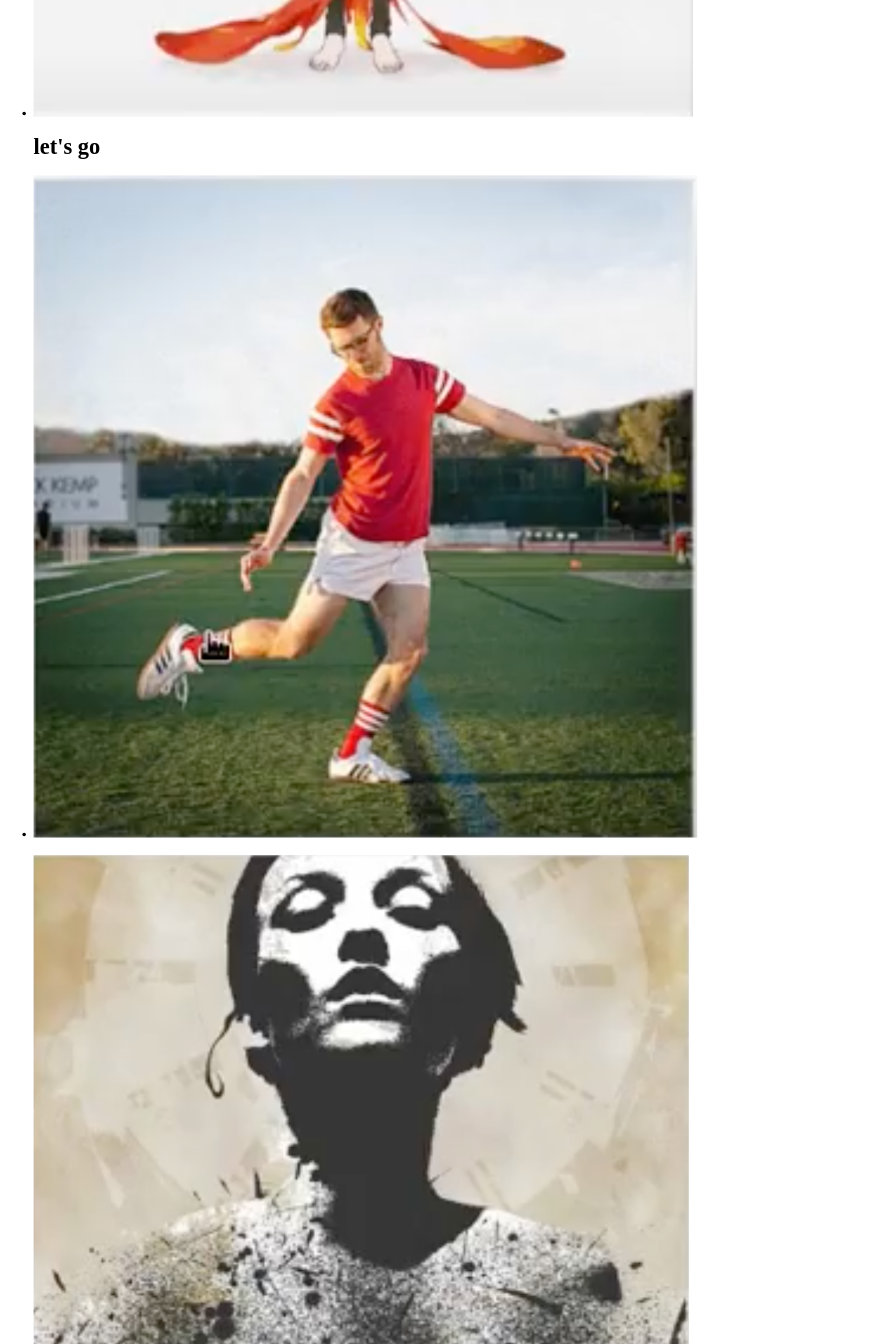
Repository: taka-sama/HTML-CSS-JS
Page: web02-lite/ex1/public_html/index.html
The author's editor kept a copy of each file at every save. The page is drawn from the files as they stood at one save, then again after a run of saves.
The browser window is 1280 px wide. The pictures show the part of the page from y = 1872 to 3792 px (the page is 4063 px tall before and 4097 px after), at 70% of full size.

Above is the page before, as saved 2022-01-20 13:19:29.

After the next 2 saves:
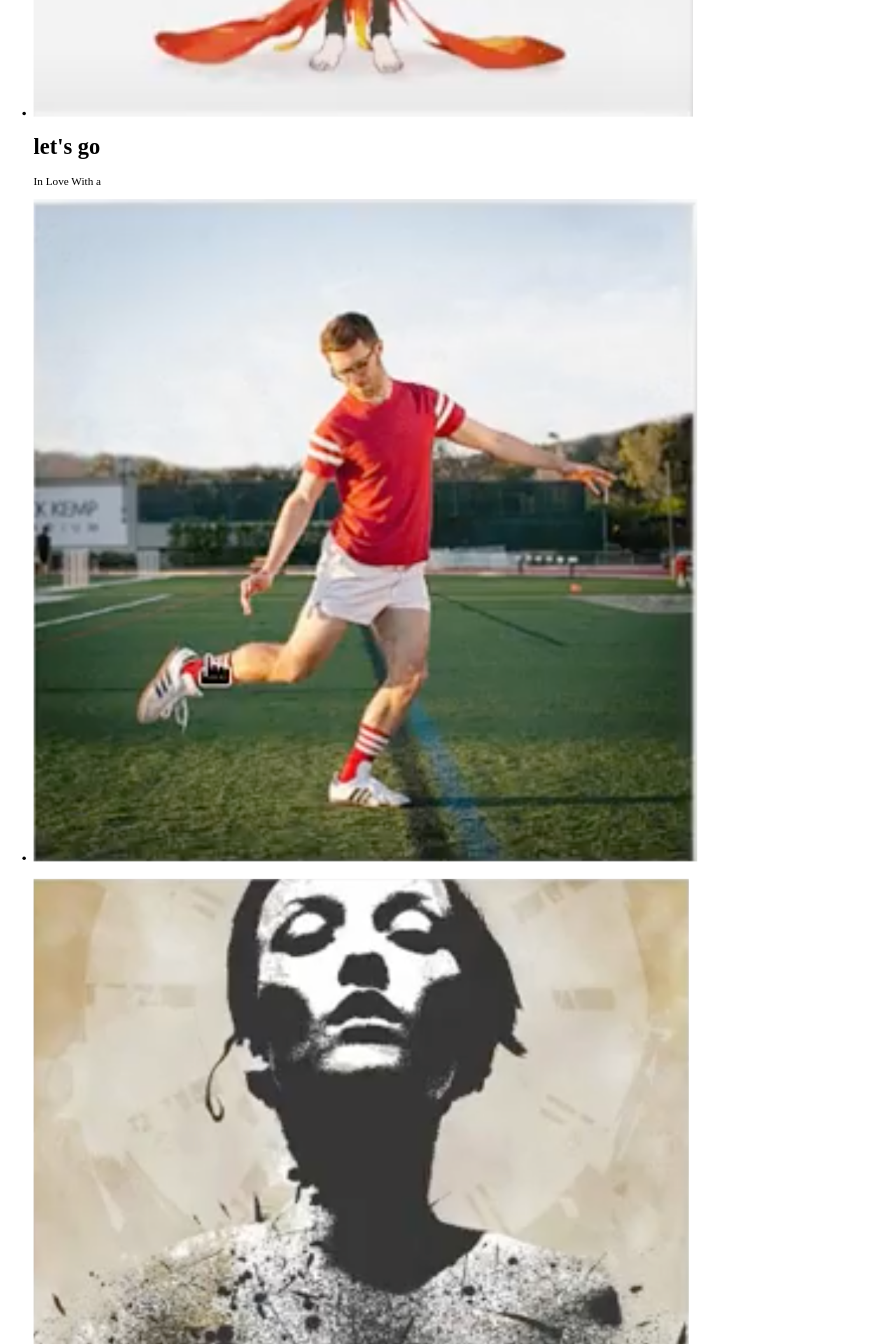
The 2 saves are shown as one change because they came seconds apart.
The last was saved 13 s later.
--- a/web02-lite/ex1/public_html/index.html
+++ b/web02-lite/ex1/public_html/index.html
@@ -16,7 +16,7 @@
     <li class="card-item">
       <img src="img/card2.png" alt="">
       <h1>let's go</h1>
-      <p></p>
+      <p>In Love With a</p>
     </li>
     <li class="card-item">
       <img src="img/card3.png" alt="">
